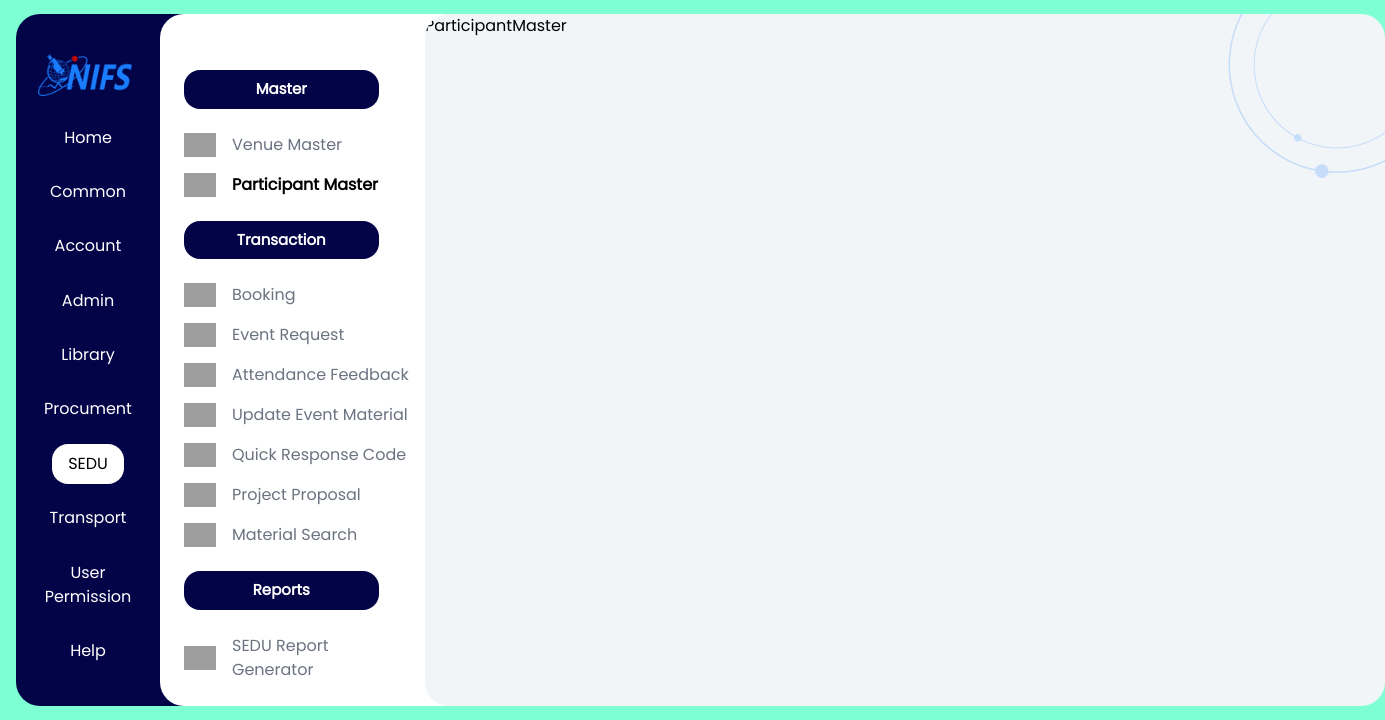
Repository: virangaj/NIFS-WebApp
Page: /sedu/participant-master (app in client/)
These files come from the project's save history. The page is drawn as it stood at one moment and after the next save; the edit follows.
The browser window is 1280 px wide. The page is 1385 px wide, so the pictures cover 1385 px, including what lies to the right of the window. The pictures show the whole page.
Pictures or frames that could not be fetched are drawn as grey boxes. The project was rebuilt for these pictures with package versions that can differ from the ones it lists, and the page was loaded fresh each time. Also part of the build but not shown: client/src/pages/Login.tsx, client/src/pages/Home.tsx, client/src/components/Transport/shared/TransportNavbar.js, client/src/pages/TransportMainPage.tsx, client/src/pages/CommonMainPage.tsx, client/src/pages/AccountMainPage.tsx, client/src/pages/AdminMainPage.tsx, client/src/pages/LibraryMainPage.js and 14 more.

Above is the page before, as saved 2022-07-31 00:26:21.

### client/public/index.html
<!DOCTYPE html>
<html lang="en">
	<head>
		<meta charset="utf-8" />
		<link rel="icon" href="nifs_logo.png" />
		<meta name="viewport" content="width=device-width, initial-scale=1" />
		<meta name="theme-color" content="#000000" />
		<meta
			name="description"
			content="Web site created using create-react-app"
		/>
		<link rel="apple-touch-icon" href="%PUBLIC_URL%/logo192.png" />
		<!--
      manifest.json provides metadata used when your web app is installed on a
      user's mobile device or desktop. See https://developers.google.com/web/fundamentals/web-app-manifest/
    -->
		<link rel="manifest" href="%PUBLIC_URL%/manifest.json" />
		<!--
      Notice the use of %PUBLIC_URL% in the tags above.
      It will be replaced with the URL of the `public` folder during the build.
      Only files inside the `public` folder can be referenced from the HTML.

      Unlike "/favicon.ico" or "favicon.ico", "%PUBLIC_URL%/favicon.ico" will
      work correctly both with client-side routing and a non-root public URL.
      Learn how to configure a non-root public URL by running `npm run build`.
    -->
		<link
			href="https://fonts.googleapis.com/css?family=Poppins"
			rel="stylesheet"
		/>
		<title>NIFS Dashboard</title>
	</head>
	<body>
		<noscript>You need to enable JavaScript to run this app.</noscript>
		<div id="root"></div>
		<!--
      This HTML file is a template.
      If you open it directly in the browser, you will see an empty page.

      You can add webfonts, meta tags, or analytics to this file.
      The build step will place the bundled scripts into the <body> tag.

      To begin the development, run `npm start` or `yarn start`.
      To create a production bundle, use `npm run build` or `yarn build`.
    -->
	</body>
</html>

### client/src/index.css
@tailwind base;
@tailwind components;
@tailwind utilities;

* {
  margin: 0;
}

body {
  font-family: 'Poppins';
  -webkit-font-smoothing: antialiased;
  -moz-osx-font-smoothing: grayscale;
  background-color: #dfe7ee;

}

::-webkit-scrollbar {
  display: none;
}


:root {
  --main-navbar-back: #030347;
  --nav-title-section-back: rgba(47, 163, 72, 0.589);
  --white: #fff;
  --black: #000;
  --gray: rgba(68, 68, 68, 0.432);
  --border-radius: 10px;
  --pimary: rgb(10, 94, 133);
  --warning: #ed3d63;
  --secondary-nav-color: rgb(255, 255, 255);
  --body-content-bg: #f2f5f8;
}


.nav-logo {
  width: 100px;
  height: auto;
  margin-bottom: 2vh;
}

a {
  text-decoration: none;
}



/* main navbar */
.main-nav-bg {
  background-color: var(--main-navbar-back) !important;
}

.main-navbar {
  background-color: var(--main-navbar-back) !important;
  width: 100% !important;
  height: 80px !important;

}

/* secondary navbar */

.sec-nav-bg {
  background-color: var(--secondary-nav-color);
}

.secondary-navbar {
  margin: auto;
}

.nav-flex-section {
  display: -webkit-flex;
  display: -ms-flexbox;
  display: flex;
  -webkit-flex-wrap: wrap;
  -ms-flex-wrap: wrap;
  flex-wrap: wrap;
  justify-content: center;
}

.nav-flex-inside {
  margin-left: 5px;
  margin-left: 5px;
}

.nav-title {
  font-size: 15px;
  text-align: center;
  color: var(--white);
  font-weight: 600;

}

.nav-title-section {
  /* border-radius: var(--border-radius);
  background-color: var(--nav-title-section-back);
  box-shadow: rgba(100, 100, 111, 0.2) 0px 7px 29px 0px;
  pointer-events: none;
  margin-left: 10px;
  margin-left: 10px; */
  background-color: var(--main-navbar-back);
}

.nav-icon {
  width: 40px;
}

.nav-link {
  display: flex;
  display: -webkit-flex;
  display: -ms-flexbox;
  flex-direction: column;
  align-items: center;
  font-size: 14px;
  margin-left: 5px;
  margin-right: 5px;
  border: none;
  box-shadow: rgba(100, 100, 111, 0.2) 0px 7px 29px 0px;
  padding: 4px 8px 6px 8px;
  margin-bottom: 10px;
  text-align: center;
  width: 125px;
  border-radius: var(--border-radius);
  background-color: var(--white);
  outline: none;
  min-height: 120px;
}

.nav-link:hover {
  color: var(--pimary);
  cursor: pointer;
  box-shadow: rgba(81, 146, 177, 0.2) 0px 7px 29px 0px;
  background-color: rgb(254, 255, 205);
  border-bottom: 2px solid var(--warning);
}


.nav-link:active {
  color: var(--pimary);
  cursor: pointer;
  box-shadow: rgba(81, 146, 177, 0.2) 0px 7px 29px 0px;
  background-color: rgb(205, 248, 255);
  border-bottom: 2px solid var(--warning);
}

.nav-link-active {
  color: var(--pimary);
  cursor: pointer;
  box-shadow: rgba(81, 146, 177, 0.2) 0px 7px 29px 0px;
  background-color: rgb(205, 248, 255);
  border-bottom: 2px solid var(--warning);
}

/* body content*/
.body-content {
  margin: auto;
  width: 90%;
  margin-top: 12vh;

}

/* main page content */
.main-content {
  width: 90%;
  margin: auto;
  margin-top: 20px;
}

/* sub page content */

.sub-body-content {
  border: 2px solid var(--gray);
  border-radius: var(--border-radius);
  padding: 10px;
}

.sub-body-title {
  font-size: 24px;
}



/* error page */
.error-page {
  border: 2px solid var(--gray);
  border-radius: var(--border-radius);
  height: 50vh;
  width: 50vw;
  margin: auto;
  margin-top: 50px;
}

.error-page-content {
  display: flex;
  flex-direction: column;
  align-items: center;
  text-align: center !important;
  margin-top: 50px;
}

.error-page-content h1 {
  font-size: 100px;
  color: var(--warning);
  font-weight: 700;
  pointer-events: none;

}

.error-page-content p {
  font-size: 20px;
  margin-bottom: 20px;
  pointer-events: none;
}


@media screen and (max-width: 1366px) {
  body {
    background-color: aquamarine;
  }

  .nav-link {
    font-size: 12px;
    padding: 4px 4px 6px 4px;
    width: 100px;
    min-height: 100px;
  }

  .nav-icon {
    width: 35px;
  }
}

### client/src/App.tsx
import React, { useEffect } from 'react';
import Navbar from './components/shared/Navbar';
import Login from './pages/Login'
import { BrowserRouter as Router, Route, Routes } from 'react-router-dom'
import Home from './pages/Home';
import TransportMainPage from './pages/TransportMainPage';
import CommonMainPage from './pages/CommonMainPage';
import AccountMainPage from './pages/AccountMainPage';
import AdminMainPage from './pages/AdminMainPage';
import LibraryMainPage from './pages/LibraryMainPage';
import ProcumentMainPage from './pages/ProcumentMainPage';
import SeduMainPage from './pages/SeduMainPage';
import UserPermissionMainPage from './pages/UserPermissionMainPage';
import NotificationMainPage from './pages/NotificationMainPage';
import HelpMainPage from './pages/HelpMainPage';
import ErrorPage from './pages/ErrorPage';
import VerticalMainNavbar from './components/shared/VerticalMainNavbar';


function App() {


  return (
    <div className='w-[98%] flex mx-auto flex-col h-[100vh]'>
      <Router>
        {/* <Navbar /> */}
        <div>
          <VerticalMainNavbar />
        </div>
        <div className='overflow-y-scroll ml-4 scroll-bar'>
          <Routes>
            <Route path="/login" element={<Login />} />
            <Route path="/" element={<Home />} />
            <Route path="/common/*" element={<CommonMainPage />} />
            <Route path="/account/*" element={<AccountMainPage />} />
            <Route path="/admin/*" element={<AdminMainPage />} />
            <Route path="/library/*" element={<LibraryMainPage />} />
            <Route path="/procument/*" element={<ProcumentMainPage />} />
            <Route path="/sedu/*" element={<SeduMainPage />} />
            <Route path="/transport/*" element={<TransportMainPage />} />
            <Route
              path="/user-permission/*"
              element={<UserPermissionMainPage />}
            />
            <Route
              path="/notification/*"
              element={<NotificationMainPage />}
            />
            <Route path="/help/*" element={<HelpMainPage />} />
            <Route path="/error-404" element={<ErrorPage />} />
          </Routes>
        </div>


      </Router>
    </div>
  );
}

export default App;

### client/src/pages/SeduMainPage.tsx
import React from 'react';
import { Route, Routes } from 'react-router-dom';
import AttendanceFeedback from '../components/sedu/AttendanceFeedback';
import EventRequest from '../components/sedu/EventRequest';
import MaterialSearch from '../components/sedu/MaterialSearch';
import ParticipantMaster from '../components/sedu/ParticipantMaster';
import ProjectProposal from '../components/sedu/ProjectProposal';
import QuickResponseCode from '../components/sedu/QuickResponseCode';
import SeduBooking from '../components/sedu/SeduBooking';
import SeduReportGenerator from '../components/sedu/SeduReportGenerator';
import SeduSecondaryNavbar from '../components/sedu/shared/SeduSecondaryNavbar';
import UpdateEventMaterial from '../components/sedu/UpdateEventMaterial';
import VenueMaster from '../components/sedu/VenueMaster';
import SecondaryNavbar from '../components/shared/SecondaryNavbar';
import Pages from '../components/data/SeduNavData.json'
import VerticalSecondaryNavbar from '../components/shared/VerticalSecondaryNavbar';

import Dots from '../images/dots_circle_b.png'




// sedu main page where all other section of sedu department can be access from here
function SeduMainPage() {
	// console.log(Pages);


	return (

		<div >
			{/* <SeduSecondaryNavbar /> */}
			{/* <SecondaryNavbar pages={Pages} /> */}
			{/* <div className="main-content"> */}
			<div className='secondary-nav-position'>
				<VerticalSecondaryNavbar pages={Pages} />
			</div>
			<div className='absolute left-[425px] top-[2vh] bg-body-content-bg w-[75vw] h-[96vh] rounded-3xl overflow-hidden'>
				<div className='absolute w-[300px] top-[-100px] right-[-100px]'>
					<img src={Dots} alt="Dots" />
				</div>
				<Routes>
					<Route path="/venue-master" element={<VenueMaster />} />
					<Route path="/participant-master" element={<ParticipantMaster />} />
					<Route path="/booking" element={<SeduBooking />} />
					<Route path="/event-request" element={<EventRequest />} />
					<Route path="/attendance-feedback" element={<AttendanceFeedback />} />
					<Route path="/update-material" element={<UpdateEventMaterial />} />
					<Route path="/quick-response" element={<QuickResponseCode />} />
					<Route path="/project-proposal" element={<ProjectProposal />} />
					<Route path="/material-search" element={<MaterialSearch />} />
					<Route path="/report-generator" element={<SeduReportGenerator />} />

				</Routes>
			</div>
		</div >);
}

export default SeduMainPage;

### client/src/components/shared/VerticalMainNavbar.tsx
import { Button } from '@mui/material'
import React from 'react'
import { Link, useLocation } from 'react-router-dom'
import Pages from '../data/MainNavPages.json'
import { HiMenuAlt2 } from "react-icons/hi";
import Logo from '../../images/nifs_logo.png'


function VerticalMainNavbar() {

    const location: any = useLocation();

    return (
        <>
            <div className='fixed left-0 w-48 top-[2vh] main-nav-bg ml-4 rounded-l-3xl'>
                <div className='h-[96vh] w-36 flex flex-col items-center py-10 px-2'>
                    <Link to='/'>
                        <img src={Logo} alt="logo" className="nav-logo" />
                    </Link>
                    {Pages.map((page, index) => (
                        location.pathname.split('/')[1] === page.link.split('/')[1] ?
                            <Link to={page.link} style={{ textDecoration: 'none' }} key={index}>
                                <button className='bg-white my-[1vh] px-4 py-2 rounded-2xl text-black'>
                                    {page.title}
                                </button>
                            </Link>
                            :
                            <Link to={page.link} style={{ textDecoration: 'none' }} key={index}>
                                <button className='my-[1vh] px-4 py-2 rounded-2xl text-white'>

                                    {page.title}
                                </button>
                            </Link>
                    ))}
                </div>
            </div>
            {/* <div className='fixed left-0 w-24 top-[2vh] visible md:invisible main-nav-bg ml-2 rounded-l-3xl'>
                <div className='h-[96vh] w-20 flex flex-col items-center py-10 px-2'>
                    <p className='text-white text-2xl cursor-pointer'>

                        <HiMenuAlt2 />
                    </p>


                </div>
            </div> */}
        </>
    )
}

export default VerticalMainNavbar

### client/src/components/shared/VerticalSecondaryNavbar.tsx
import React from 'react'
import Box from '@mui/material/Box';
import { Link, useLocation } from 'react-router-dom';
import Employees from '../data/Employee.json';

function VerticalSecondaryNavbar(props: any) {
    console.log(props.pages)
    const location = useLocation();
    const user = Employees[0];
    // const isAdmin: Boolean = user.deparment.toUpperCase() === location.pathname.split('/')[1].toUpperCase() && user.admin === true;
    const isAdmin: Boolean = true;

    console.log(isAdmin)
    const pages: any = props.pages;
    return (
        <div className='fixed left-0 w-72 top-[2vh] sec-nav-bg ml-40 rounded-l-3xl'>
            <div className='h-[96vh] w-[90%] flex flex-col items-start ml-4 py-10 px-2'>

                {pages.map((content: any, index: number) =>
                    <>
                        <div className='my-4 w-[80%] py-2 px-4 rounded-2xl nav-title-section'>
                            <p className='nav-title'>{content.section}</p>
                        </div>
                        {content.routes.map((page: any, i: number) => (
                            isAdmin ? <Link to={page.link} key={i}>
                                <div className='flex items-center'>
                                    <img src={page.img} alt={page.title} className='w-8' />
                                    <button className={location.pathname === page.link ? 'px-4 py-2 rounded-2xl text-black font-semibold text-left hover:text-blue-500 hover:font-semibold' : 'text-gray-500 px-4 py-2 text-left hover:text-blue-500 hover:font-semibold'}>{page.title}</button>
                                </div>
                            </Link> : (!page.only_admin ? <Link to={page.link} key={i}>
                                <div className='flex items-center'>
                                    <img src={page.img} alt={page.title} className='w-8' />
                                    <button className={location.pathname === page.link ? 'px-4 py-2 rounded-2xl text-black font-semibold text-left hover:text-blue-500 hover:font-semibold' : 'text-gray-500 px-4 py-2 text-left hover:text-blue-500 hover:font-semibold'}>{page.title}</button>
                                </div>
                            </Link> : "")
                        ))}
                    </>

                )}

            </div>

        </div>
    )
}

export default VerticalSecondaryNavbar

### client/src/components/sedu/ParticipantMaster.tsx
import React from 'react'

function ParticipantMaster() {
    return (
        <div><h1>ParticipantMaster</h1></div>
    )
}

export default ParticipantMaster

### client/src/components/data/SeduNavData.json
[
    {
        "section": "Master",
        "only_admin": false,
        "routes": [
            {
                "title": "Venue Master",
                "link": "/sedu/venue-master",
                "img": "https://img.icons8.com/fluency/50/000000/home.png",
                "only_admin": false
            },
            {
                "title": "Participant Master",
                "link": "/sedu/participant-master",
                "img": "https://img.icons8.com/fluency/50/000000/conference-foreground-selected.png",
                "only_admin": false
            }
        ]
    },
    {
        "section": "Transaction",
        "only_admin": false,
        "routes": [
            {
                "title": "Booking",
                "link": "/sedu/booking",
                "img": "https://img.icons8.com/fluency/50/000000/calendar-plus.png",
                "only_admin": false
            },
            {
                "title": "Event Request",
                "link": "/sedu/event-request",
                "img": "https://img.icons8.com/fluency/50/000000/invite.png",
                "only_admin": false
            },
            {
                "title": "Attendance Feedback",
                "link": "/sedu/attendance-feedback",
                "img": "https://img.icons8.com/fluency/50/000000/feedback-hub.png",
                "only_admin": false
            },
            {
                "title": " Update Event Material",
                "link": "/sedu/update-material",
                "img": "https://img.icons8.com/fluency/50/000000/available-updates.png",
                "only_admin": false
            },
            {
                "title": "Quick Response Code",
                "link": "/sedu/quick-response",
                "img": "https://img.icons8.com/fluency/50/000000/barcode-scanner.png",
                "only_admin": false
            },
            {
                "title": "Project Proposal",
                "link": "/sedu/project-proposal",
                "img": "https://img.icons8.com/fluency/50/000000/documents.png",
                "only_admin": false
            },
            {
                "title": "Material Search",
                "link": "/sedu/material-search",
                "img": "https://img.icons8.com/fluency/50/000000/search.png",
                "only_admin": false
            }
        ]
    },
    {
        "section": "Reports",
        "only_admin": true,
        "routes": [
            {
                "title": "SEDU Report Generator",
                "link": "/sedu/report-generator",
                "img": "https://img.icons8.com/cute-clipart/50/000000/load-from-file.png",
                "only_admin": true
            }
        ]
    }
]

### client/src/components/data/MainNavPages.json
[
    {
        "id": 0,
        "title": "Home",
        "link": "/"
    },
    {
        "id": 1,
        "title": "Common",
        "link": "/common"
    },
    {
        "id": 2,
        "title": "Account",
        "link": "/account"
    },
    {
        "id": 3,
        "title": "Admin",
        "link": "/admin"
    },
    {
        "id": 4,
        "title": "Library",
        "link": "/library"
    },
    {
        "id": 5,
        "title": "Procument",
        "link": "/procument"
    },
    {
        "id": 6,
        "title": "SEDU",
        "link": "/sedu"
    },
    {
        "id": 7,
        "title": "Transport",
        "link": "/transport"
    },
    {
        "id": 8,
        "title": "User Permission",
        "link": "/user-permission"
    },
    {
        "id": 10,
        "title": "Help",
        "link": "/help"
    }
]

### client/src/components/data/Employee.json
[
    {
        "id": 0,
        "value": "Mr. Kamal",
        "admin": true,
        "deparment": "Transpoort"
    },
    {
        "id": 1,
        "value": "Mr. Sunil",
        "admin": true,
        "deparment": "SEDU"
    },
    {
        "id": 2,
        "value": "Mr. Kusal",
        "admin": false,
        "deparment": "Transpoort"
    },
    {
        "id": 3,
        "value": "Mrs. Nayana",
        "admin": false,
        "deparment": "SEDU"
    },
    {
        "id": 4,
        "value": "Miss Rashmi",
        "admin": false,
        "deparment": "Transpoort"
    }
]

### client/tailwind.config.js
/** @type {import('tailwindcss').Config} */
module.exports = {
	content: ['./src/**/*.{js,jsx,ts,tsx}'],
	theme: {
		extend: {
			colors: {
				'body-content-bg': 'var(--body-content-bg)',
			},
		},
	},
	plugins: [],
};

Loaded but not shown: client/src/index.tsx (common file); client/src/reportWebVitals.ts (common file)

After the next save:
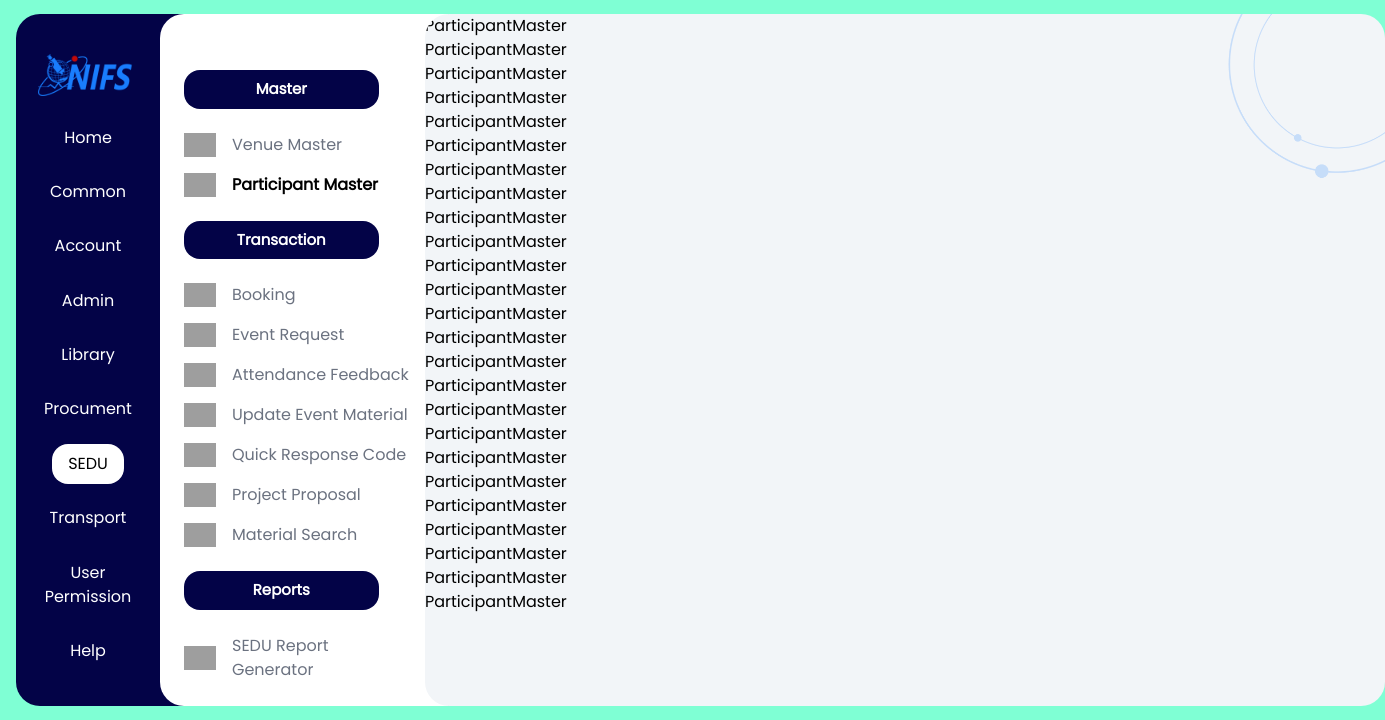
Saved 14 s later.
--- a/client/src/components/sedu/ParticipantMaster.tsx
+++ b/client/src/components/sedu/ParticipantMaster.tsx
@@ -2,7 +2,36 @@ import React from 'react'
 
 function ParticipantMaster() {
     return (
-        <div><h1>ParticipantMaster</h1></div>
+        <div>
+            <h1>ParticipantMaster</h1>
+            <h1>ParticipantMaster</h1>
+            <h1>ParticipantMaster</h1>
+            <h1>ParticipantMaster</h1>
+            <h1>ParticipantMaster</h1>
+            <h1>ParticipantMaster</h1>
+            <h1>ParticipantMaster</h1>
+            <h1>ParticipantMaster</h1>
+            <h1>ParticipantMaster</h1>
+            <h1>ParticipantMaster</h1>
+            <h1>ParticipantMaster</h1>
+            <h1>ParticipantMaster</h1>
+            <h1>ParticipantMaster</h1>
+            <h1>ParticipantMaster</h1>
+            <h1>ParticipantMaster</h1>
+            <h1>ParticipantMaster</h1>
+            <h1>ParticipantMaster</h1>
+            <h1>ParticipantMaster</h1>
+            <h1>ParticipantMaster</h1>
+            <h1>ParticipantMaster</h1>
+            <h1>ParticipantMaster</h1>
+            <h1>ParticipantMaster</h1>
+            <h1>ParticipantMaster</h1>
+            <h1>ParticipantMaster</h1>
+            <h1>ParticipantMaster</h1>
+
+
+
+        </div>
     )
 }
 
